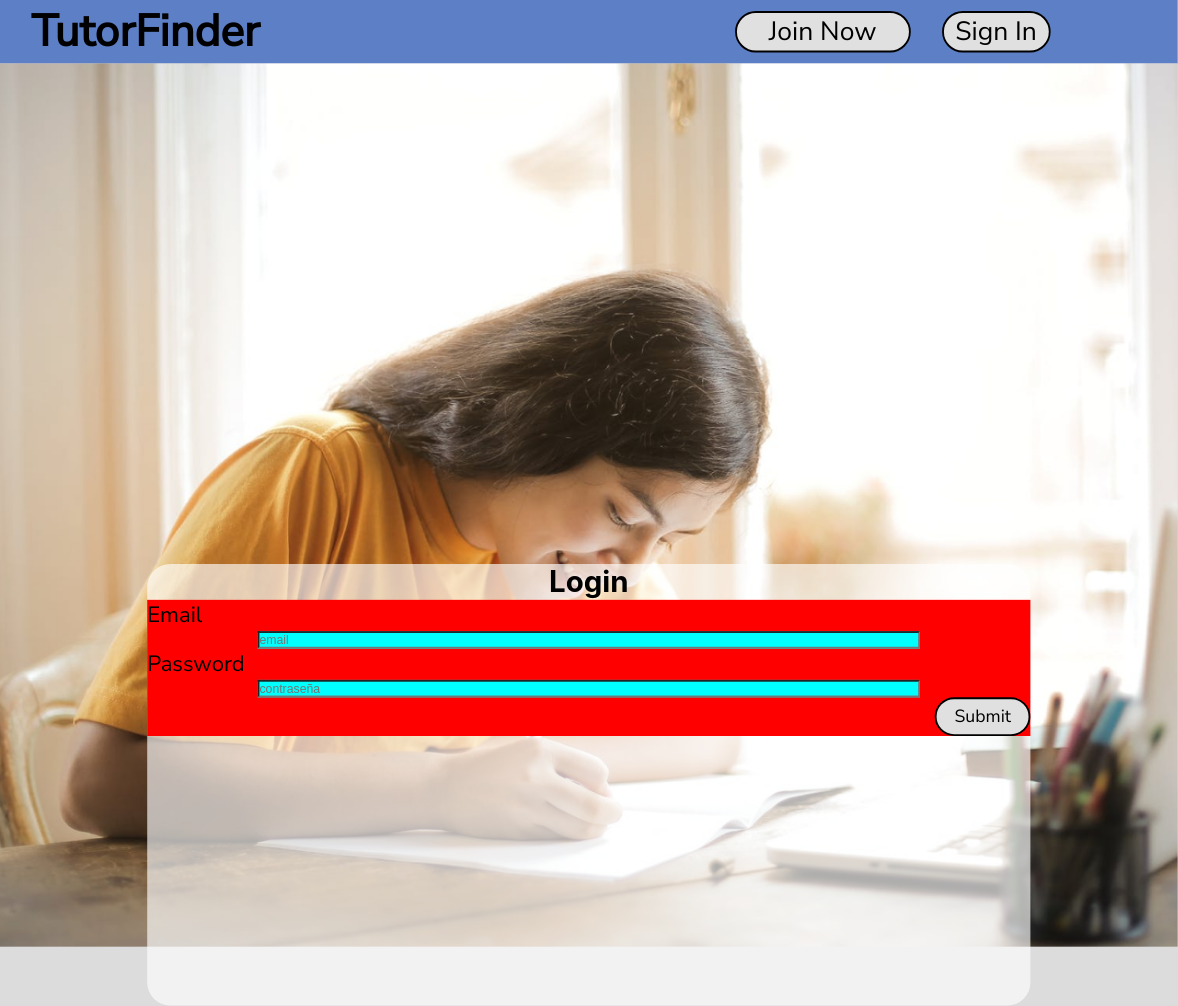
Repository: uprm-inso-4117-2020-2021-s2/semester-project-uprm-inso-4117-2020-2021-s2-team-7
Page: / (app in tutorfinder/)
These files come from the project's save history. The page is drawn as it stood at one moment and after the next save; the edit follows.
The browser window is 1280 px wide. The pictures show the whole page, at 92% of full size.
The project was rebuilt for these pictures with package versions that can differ from the ones it lists, and the page was loaded fresh each time. Also part of the build but not shown: tutorfinder/src/Search.js, tutorfinder/src/Signup.js.

Above is the page before, as saved 2021-03-30 21:03:32.

### tutorfinder/src/App.js
import React from "react";
import './App.css';
import Nav from './Nav.js';
import Welcome from "./Welcome";




function App() {
  return (

      <div className="">

        <Nav />
     <Welcome/>

      </div>

  );
}



export default App;

### tutorfinder/src/Nav.js
import React from "react";
import "./App.css";
import "./Nav.css"

class Nav extends React.Component {

  render(){

  return (
    <div className="">
  <table className="navBar">
      <tr>
          <td className="left"><h1 className="title">TutorFinder</h1></td>

          <td className="middle "><button className="buttons buttonLetters ">Join Now</button></td>
          <td className="right"><button className="buttons buttonLetters">Sign In</button></td>
      </tr>
      </table>

    </div>
  );
}
}

export default Nav;

### tutorfinder/src/Welcome.js
import React from "react";
import "./App.css";
import "./Welcome.css"
import foto from "./assets/bg.png"
import Search from "./Search";
import Login from "./Login";
import Signup from "./Signup";

class Welcome extends React.Component {

    constructor(props){
        super(props);
        this.state = {
          isLoginVisible: true
        }
      }

      goToRegister(){
        this.setState({
          isLoginVisible: false
        })
      }

      goToLogin(){
        this.setState({
          isLoginVisible: true
        })
      }


  render(){

  return (
    <div className="background">

{this.state.isLoginVisible && (<Login goToRegister={this.goToRegister.bind(this)}></Login>)}
          {!this.state.isLoginVisible && (<Signup goToLogin={this.goToLogin.bind(this)}></Signup>)}

 {/* <Search/> */}
 {/* <Login/> */}
 {/* <Signup/> */}

    </div>
  );
}
}

export default Welcome;

### tutorfinder/src/Nav.css
@import url("https://fonts.googleapis.com/css2?family=Nunito+Sans&display=swap");

.title {
  font-family: "Nunito Sans", sans-serif;
  font-style: normal;
  font-weight: bold;
  font-size: 48px;
  line-height: 65px;

}

.navBar {
    table-layout: fixed;
  background-color: #5d7fc5;
  width: 100%;
}

.buttons {
  background: #e0e0e0;
  border-radius: 45px;
  outline: none;
  border-style: solid;

}

.buttonLetters {
  font-family: "Nunito Sans", sans-serif;
  font-style: normal;
  font-weight: 300;
  font-size: 1.8em;
  line-height: 41px;
  text-align: center;
  padding-right: 10%;
  padding-left: 10%;

}

.left{
text-align: left;
padding-left: 2.5%;
width: 50%;
}

.right{
    text-align: left;
    padding-right: 10%;
    width: 20%;
}

.middle{
    /* background-color: red; */
    text-align: right;
    padding-right: 2.5%;
}

### tutorfinder/src/Welcome.css

@import url("https://fonts.googleapis.com/css2?family=Nunito+Sans&display=swap");

.background{
background-image: url("./assets/bg.png");
width:100%;
height:60em;
position:relative;
}

.square{
    background: rgba(255, 255, 255, 0.65);
border-radius: 25px;
text-align: center;
}

.everything{
    position:absolute;
    top:50%;
    left:50%;
    width :75%;
    height:25%;
    margin-left:-37.5%;
    margin-top:5%;

}

.search{
    width: 100%;
    background: #FFFFFF;
box-shadow: 0px 4px 4px rgba(0, 0, 0, 0.25);
border-radius: 50px;
height: 1.5em;
}

.paragraph{
    font-family: "Nunito Sans", sans-serif;
font-style: normal;
font-weight: 300;
font-size: 1.5em;
line-height: 49px;
text-align: center;
}

.heading{
    font-family: "Nunito Sans", sans-serif;
font-style: normal;
font-weight: bold;
font-size: 3em;
line-height: 87px;
text-align: center;
}

.login{
    position:absolute;
    top:50%;
    left:50%;
    width :75%;
    height:50%;
    margin-left:-37.5%;
    margin-top:5%;
    text-align: center;
    background: rgba(255, 255, 255, 0.65);
    border-radius: 25px;
}

.signup{
    position:absolute;
    top:45%;
    left:50%;
    width :75%;
    height:45%;
    margin-left:-37.5%;
    margin-top:5%;
    text-align: center;
    background: rgba(255, 255, 255, 0.65);
    border-radius: 25px;
}


.size{
    width: 75%;
    background-color: aqua;
}

.fullWidth{
    width: 100%;
}

.text-right{
    text-align: right;

}

.text-left{
    text-align: left;

    font-family: "Nunito Sans", sans-serif;
    font-size: 1.5em;
}

.submit{
    font-family: "Nunito Sans", sans-serif;
    font-style: normal;
    font-weight: 300;
    font-size: 1.2em;
line-height: 200%;
    text-align: center;
    padding-right: 2%;
    padding-left: 2%;
}

.color{
    background-color: red;
}

### tutorfinder/src/Login.js
import React from "react";
import "./App.css";
import "./Welcome.css"
import { Input, FormGroup, Label, Form, Container, Button, Col } from 'reactstrap';

class Login extends React.Component {

  render() {

    return (
      <div className="login">
        <h1 className="">Login</h1>

          <Container className="fullWidth color">
            <Form>

              <Col className="">
                <FormGroup inline>
                  <div className="text-left">
                    <Label >Email</Label>
                  </div>

                  <Input
                    type="email"
                    name="email"

                    id="exampleEmail"
                    placeholder="email"
                    className="size"
                  />
                </FormGroup>
              </Col>

              <Col className="">
                <FormGroup >
                  <div className="text-left">
                    <Label for="">Password</Label>
                  </div>

                  <Input
                    type="password"
                    name="password"

                    id="examplePassword"
                    placeholder="contraseña"
                    className="size"
                  />
                </FormGroup>
              </Col>
              <div className="text-right">


                <Button color="danger" type="submit" className="buttons submit"  >Submit</Button>
              </div>
            </Form>

          </Container>

      </div>
    );
  }
}

export default Login;

Loaded but not shown: tutorfinder/public/index.html (common file); tutorfinder/src/index.js (common file); tutorfinder/src/index.css (common file); tutorfinder/src/reportWebVitals.js (common file); tutorfinder/src/App.css (common file)

After the next save:
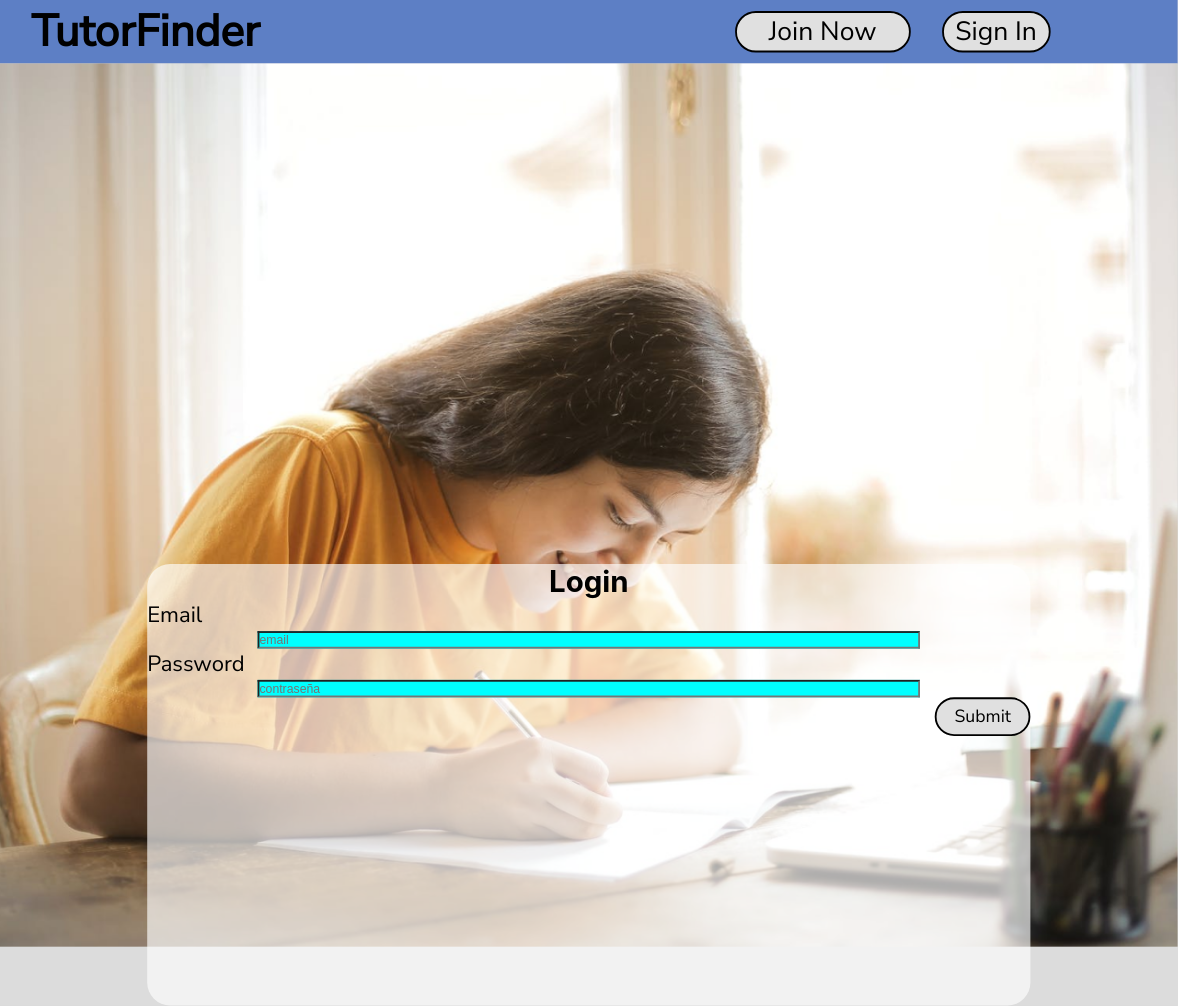
Saved 4 s later.
--- a/tutorfinder/src/Login.js
+++ b/tutorfinder/src/Login.js
@@ -11,7 +11,7 @@ class Login extends React.Component {
       <div className="login">
         <h1 className="">Login</h1>
 
-          <Container className="fullWidth color">
+          <Container className="fullWidth">
             <Form>
 
               <Col className="">
